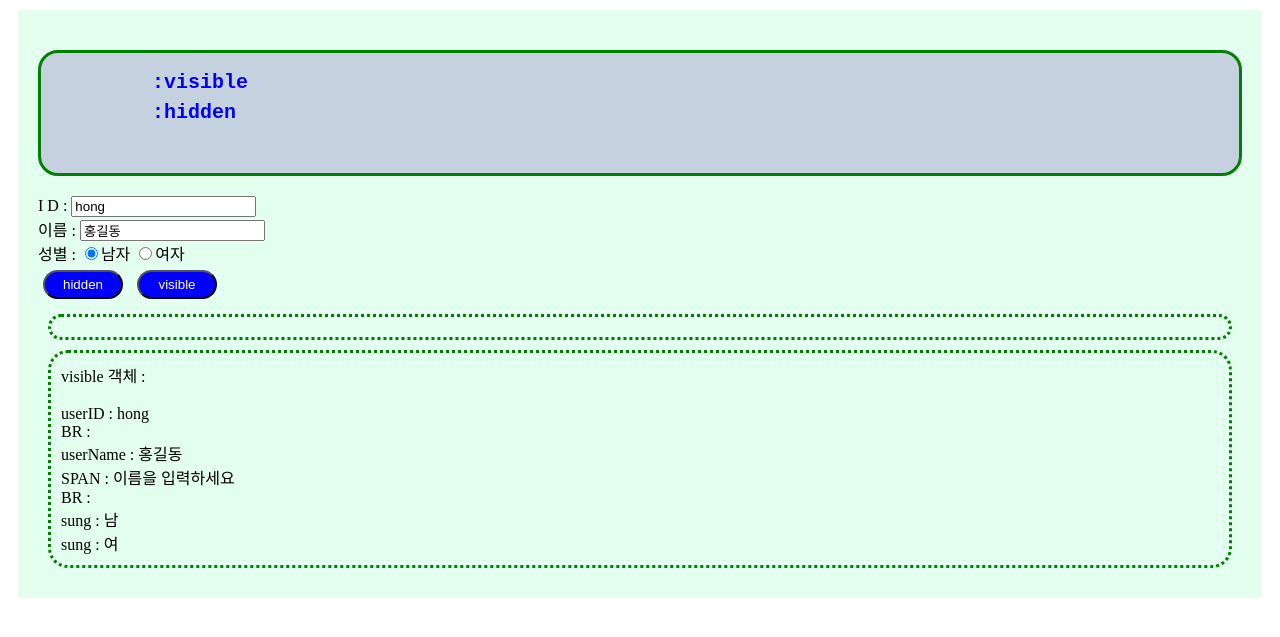
Repository: ypyp0205/jquery
Page: jqpro/WebContent/0213/hidden_visible3.html
The author's editor kept a copy of each file at every save. The page is drawn from the files as they stood at one save, then again after the next save.
The browser window is 1280 px wide. The pictures show the whole page.
After loading, the first visible `#btn2` was clicked once.

Above is the page before, as saved 2020-02-13 04:53:50.

After the next save:
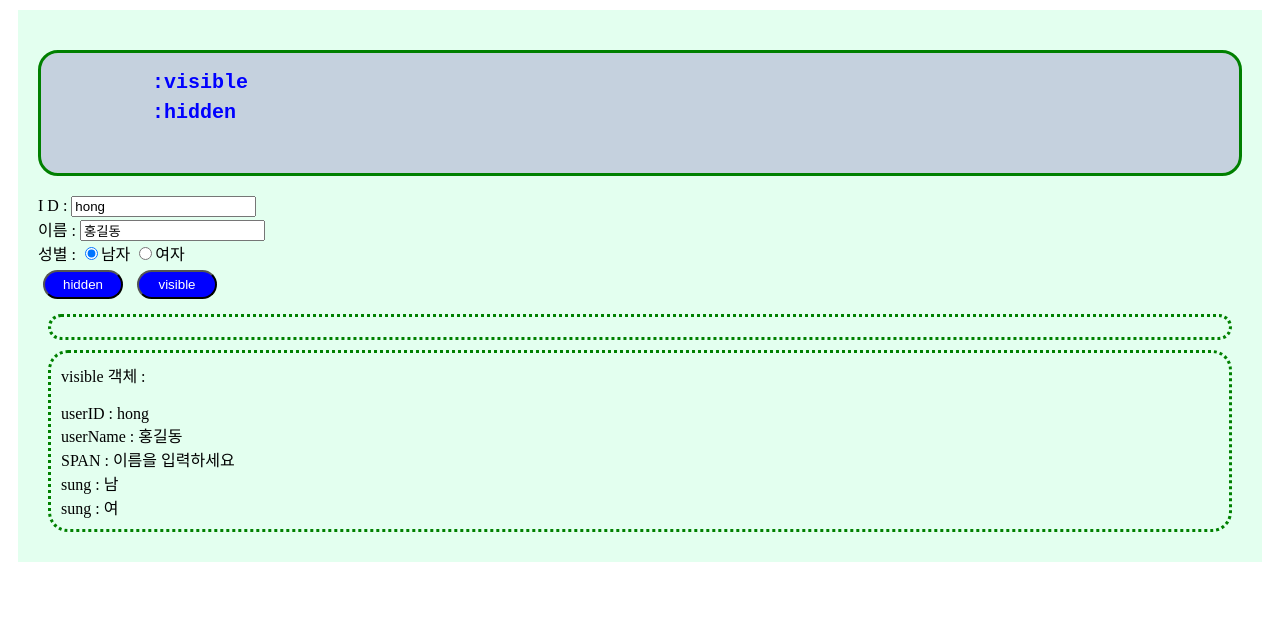
Saved 42 s later.
--- a/jqpro/WebContent/0213/hidden_visible3.html
+++ b/jqpro/WebContent/0213/hidden_visible3.html
@@ -42,7 +42,7 @@
 					str += $(this).val() + "<br>";
 					// userAge	:
 					// userCity	:
-				} else if(this.tegName != "BR"){
+				} else if(this.tagName != "BR"){
 
 					str += this.tagName + " : " + $(this).text() + "<br>";
 				}
